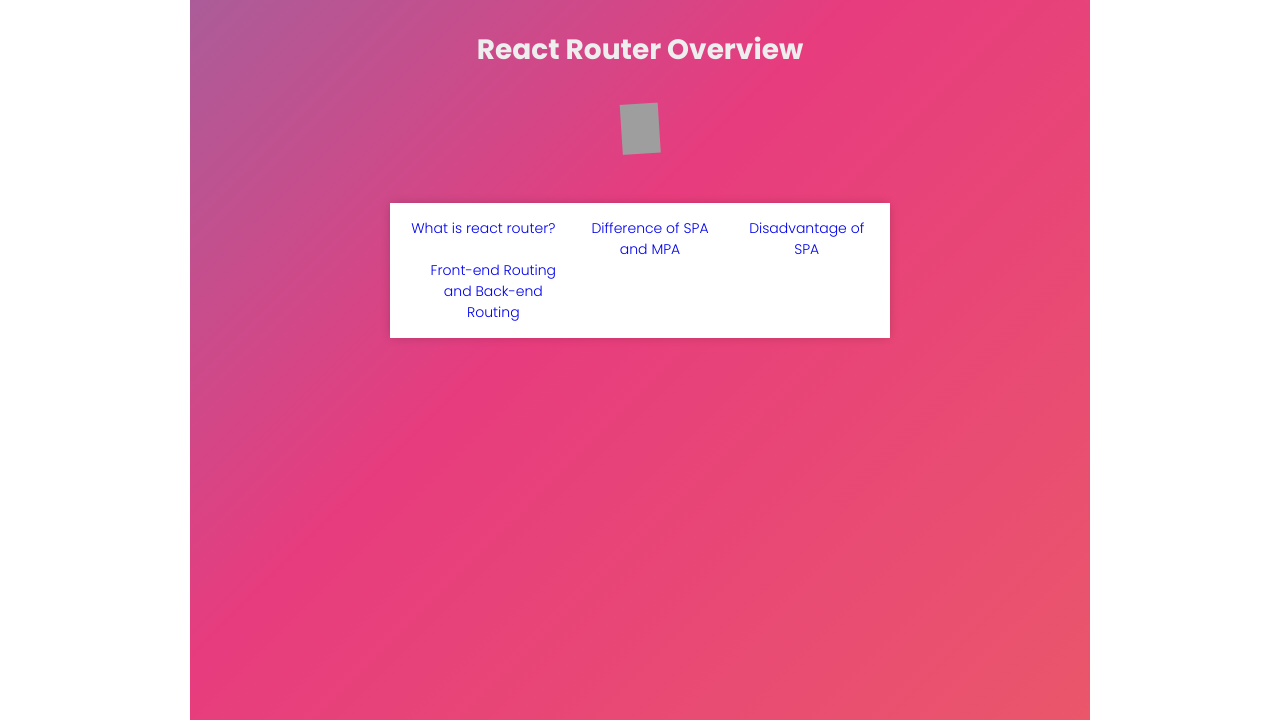
Repository: nguy3nds/2021-18-9-react
Page: /
The author's editor kept a copy of each file at every save. The page is drawn from the files as they stood at one save, then again after the next save.
The browser window is 1280 px wide. The pictures show the whole page.
Pictures or frames that could not be fetched are drawn as grey boxes. The project was rebuilt for these pictures with package versions that can differ from the ones it lists, and the page was loaded fresh each time. Also part of the build but not shown: src/components/What.js, src/components/Why.js, src/components/How.js.

Above is the page before, as saved 2021-09-19 21:53:20.

### src/App.js
import React from "react";
import { BrowserRouter as Router, Switch, Route, Link } from "react-router-dom";
import "./App.css";
import What from "./components/What.js";
import How from "./components/Why";
import Why from "./components/How";
import styled, { keyframes } from "styled-components";
const logo =
  "https://lh6.googleusercontent.com/m9VlRb9FHZcqWTBz0msD2FZGpSQs84aAOwwniApLbL1oZWSDJsg4opq2uc81QzPWDtx5QJ2DeO12CFeol6vqJXcSOyp10LGoOW3K_wXIp3UDuQt1XhXE5KeUC8Epkj2hO51asKYe";

export default function App() {
  return (
    <Router>
      <DivContainer>
        <h1>React Router Overview</h1>
        <Rotate>
          <img
            src={logo}
            className="App-logo"
            alt="logo"
            style={{ width: "50px" }}
          />
        </Rotate>
        <nav>
          <ul className="menu">
            <li className="menu-item has-child">
              <Link to="/Nguyen">What is react router?</Link>
            </li>
            <li className="menu-item has-child">
              <Link to="/Mai">Difference of SPA and MPA</Link>
            </li>
            <li className="menu-item has-child">
              <Link to="/Nam">Disadvantage of SPA</Link>
            </li>
            <li className="menu-item has-child">
              <Link to="/Tung">Front-end Routing and Back-end Routing</Link>
            </li>
          </ul>
        </nav>

        {/* A <Switch> looks through its children <Route>s and
        renders the first one that matches the current URL. */}
        <Switch>
          <Route path="/Nguyen">
            <What />
          </Route>
          <Route path="/Mai">
            <Why />
          </Route>
          <Route path="/Nam">
            <How />
          </Route>
          <Route path="/Tung">
            <What />
          </Route>
        </Switch>
      </DivContainer>
    </Router>
  );
}

const gradient = keyframes`
	0% {
		background-position: 0% 50%;
	}
	50% {
		background-position: 100% 50%;
	}
	100% {
		background-position: 0% 50%;
	}
`;

const DivContainer = styled.div`
  margin: 0 auto;
  padding: 10px;
  text-align: center;
  min-height: 100vh;
  color: #eee;
  background: linear-gradient(-45deg, #ee7752, #e73c7e, #23a6d5, #23d5ab);
  background-size: 400% 400%;
  animation: ${gradient} 15s ease infinite;
`;

const rotate360 = keyframes`
  from {
    transform: rotate(0deg);
  }

  to {
    transform: rotate(360deg);
  }
`;

const Rotate = styled.div`
  display: inline-block;
  animation: ${rotate360} 2s linear infinite;
  padding: 2rem 1rem;
  font-size: 1.2rem;
`;

### src/App.css
@import url("https://fonts.googleapis.com/css2?family=Poppins:wght@300;400;600;700&display=swap");
:root {
  --primary: #08aeea;
  --secondary: #13d2b8;
  --purple: #bd93f9;
  --pink: #ff6bcb;
  --blue: #8be9fd;
  --gray: #333;
  --font: "Poppins", sans-serif;
  --gradient: linear-gradient(40deg, #ff6ec4, #7873f5);
  --shadow: 0 0 15px 0 rgba(0, 0, 0, 0.05);
}
*,
*:before,
*:after {
  box-sizing: border-box;
}
html {
  font-size: 62.5%;
  text-align: center;
}

body {
  font-family: var(--font);
  font-size: 1.4rem;
  overflow-x: hidden;
  font-weight: 300;
  width: 900px;
  margin: 0 auto;
}

img {
  display: block;
  max-width: 100%;
}

a {
  text-decoration: none;
}

input,
button,
textarea,
select {
  font-family: var(--font);
  font-size: 1.4rem;
  font-weight: 300;
  outline: none;
  border: 0;
  margin: 0;
  padding: 0;
  border-radius: 0;
  -webkit-appearance: none;
}

button {
  cursor: pointer;
}

.menu {
  position: relative;
  max-width: 500px;
  margin: 30px auto;
  display: grid;
  grid-template-columns: 1fr 1fr 1fr;
  justify-content: center;
  background-color: white;
  padding: 1.5rem;
  box-shadow: 0 0 10px -2px rgba(0, 0, 0, 0.25);
}

.menu-link {
  font-size: 1.4rem;
  color: #918eae;
  display: block;
}
.menu-link:hover {
  color: #202842;
}

.menu-child-link {
  display: flex;
  align-items: center;
  justify-content: space-between;
  padding: 1.5rem;
  color: #918eae;
}
.menu-child-item {
  position: relative;
}
.menu-child-link:hover {
  color: #202842;
}

.menu-toggle {
  display: none;
}
.nav {
  position: relative;
}
.arrow-right {
  display: none;
}
@media screen and (min-width: 1024px) {
  .arrow-down {
    display: none;
  }
  .arrow-right {
    display: block;
  }
  .menu-item:not(:first-child) {
    margin-left: 2rem;
  }
  .menu-child {
    position: absolute;
    top: 100%;
    left: 0;
    margin-top: 1rem;
    min-width: 20rem;
    background-color: white;
    box-shadow: var(--shadow);
    display: none;
  }
  .menu-child:before {
    content: "";
    position: absolute;
    top: 0;
    left: 0;
    width: 100%;
    height: 1rem;
    background-color: transparent;
    transform: translateY(-100%);
  }
  .menu-child1 {
    top: 0;
    left: 100%;
    margin-top: 0;
  }
  .menu-item.has-child:hover > .menu-child {
    display: block;
  }
  .menu-child-item.has-child:hover > .menu-child {
    display: block;
  }
}

ul li {
  list-style: none;
}
@media screen and (max-width: 1023px) {
  .menu {
    position: absolute;
    right: 0;
    top: 100%;
    min-width: 20rem;
    background-color: white;
    box-shadow: var(--shadow);
    flex-direction: column;
    display: none;
    z-index: 100;
  }
  .menu.show,
  .menu-child.show {
    display: block;
  }
  .menu-item:not(:last-child) {
    border-bottom: 1px solid #eee;
  }
  .menu-link {
    padding: 1.5rem;
    display: flex;
    justify-content: space-between;
    align-items: center;
  }
  .menu-child {
    display: none;
    background-color: #f6f6f6;
  }
  .menu-child1 {
    background-color: #eee;
  }
  .menu-toggle {
    width: max-content;
    font-size: 2rem;
    display: block;
    margin-left: auto;
    cursor: pointer;
  }
}

Loaded but not shown: public/index.html (common file); src/index.js (common file); src/index.css (common file); src/reportWebVitals.js (common file)

After the next save:
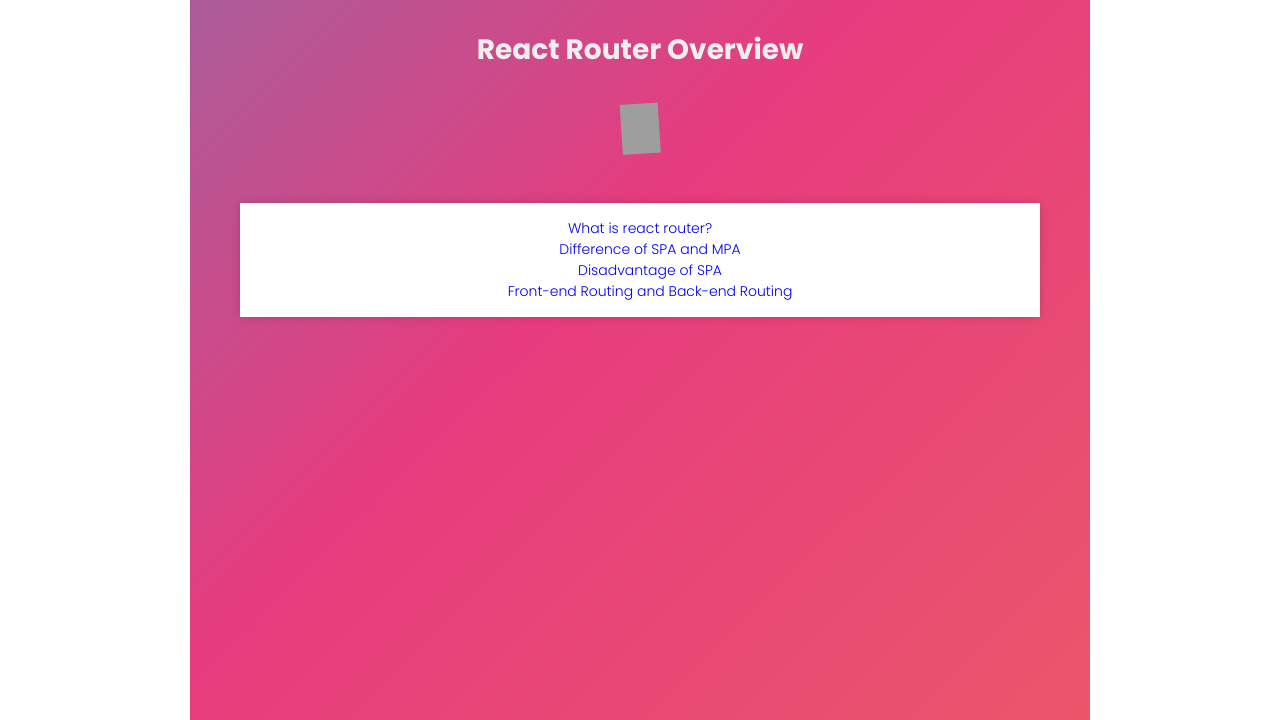
Saved 26 s later.
--- a/src/App.css
+++ b/src/App.css
@@ -59,10 +59,10 @@ button {
 
 .menu {
   position: relative;
-  max-width: 500px;
+  max-width: 800px;
   margin: 30px auto;
   display: grid;
-  grid-template-columns: 1fr 1fr 1fr;
+  grid-template-columns: 1fr 1fr 1fr 1tr;
   justify-content: center;
   background-color: white;
   padding: 1.5rem;
